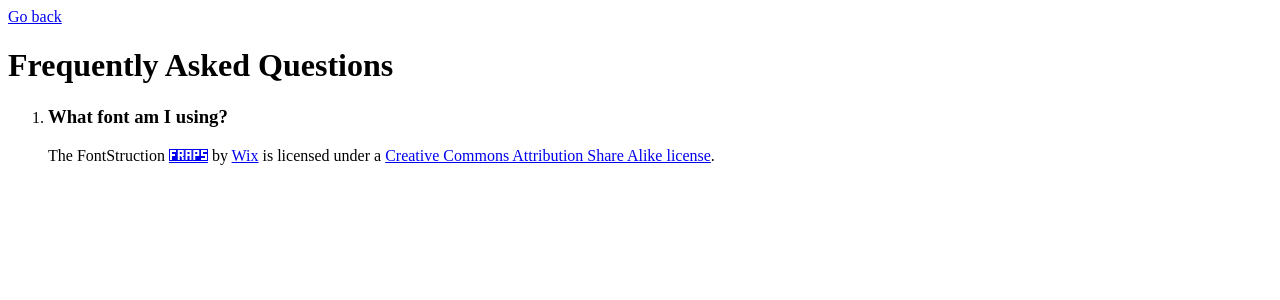
Repository: aliendetonator/fake-fraps-counter
Page: faq.html
The author's editor kept a copy of each file at every save. The page is drawn from the files as they stood at one save, then again after the next save.
The browser window is 1280 px wide. The pictures show the whole page.

Above is the page before, as saved 2023-08-31 04:26:23.

### faq.html
<!DOCTYPE html>
<html lang="en">
<head>
    <meta charset="UTF-8">
    <meta name="viewport" content="width=device-width, initial-scale=1.0">
    <link rel="stylesheet" href="src/fonts/fonts.css">
    <link rel="stylesheet" href="src/css/faq.css">
    <title>Document</title>
</head>
<body>
    <a href="index.html" id="goback">Go back</a>
    <h1>Frequently Asked Questions</h1>
    <ol>
        <li>
            <h3>What font am I using?</h3>
            <p>The FontStruction <a
            href="https://fontstruct.com/fontstructions/show/419816)"
            style="font-family: Fraps;">FRAPS</a>
            by <a href="https://fontstruct.com/fontstructors/341954/vladislav_sergeevich">Wix</a> is licensed under a
                <a href="http://creativecommons.org/licenses/by-sa/3.0/">Creative Commons Attribution Share Alike license</a>.</p>
        </li>
    </ol>
</body>
</html>

### src/fonts/fonts.css
@font-face {
    font-family: "fraps";
    src: url("fraps.ttf")
}

### src/css/faq.css
goback{
    font-weight: 900;
    -webkit-text-stroke: 2px #000;
}

goback:link,
goback:visited,
goback:hover,
goback:active{
    text-decoration: none;
    color: yellow;
}
goback:hover{
    color:#DD0;
}

After the next save:
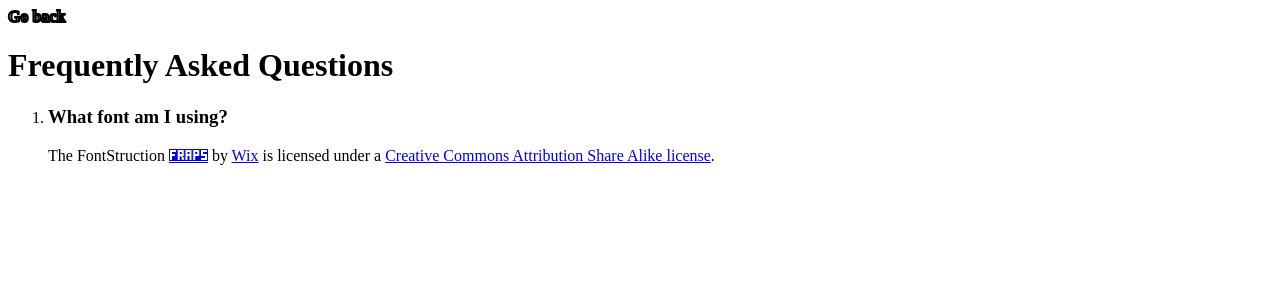
Saved 19 s later.
--- a/src/css/faq.css
+++ b/src/css/faq.css
@@ -1,15 +1,15 @@
-goback{
+#goback{
     font-weight: 900;
     -webkit-text-stroke: 2px #000;
 }
 
-goback:link,
-goback:visited,
-goback:hover,
-goback:active{
+#goback:link,
+#goback:visited,
+#goback:hover,
+#goback:active{
     text-decoration: none;
     color: yellow;
 }
-goback:hover{
+#goback:hover{
     color:#DD0;
 }
